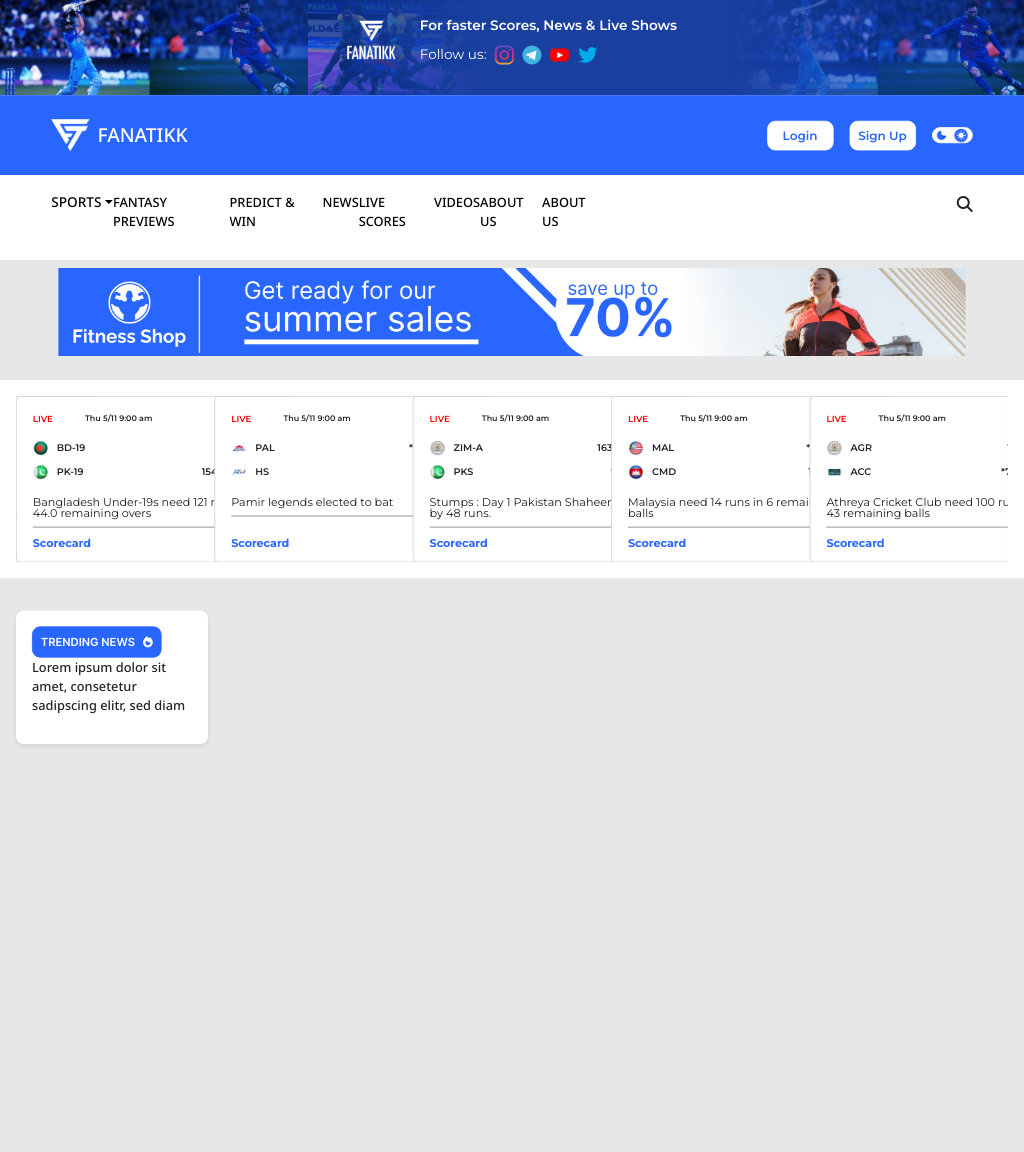
Repository: FlyweisReact/Kannapa
Page: /
The author's editor kept a copy of each file at every save. The page is drawn from the files as they stood at one save, then again after the next save.
The browser window is 1280 px wide. The pictures show the whole page, at 80% of full size.
Some web libraries are served in a nearby version. The project was rebuilt for these pictures with package versions that can differ from the ones it lists, and the page was loaded fresh each time. Also part of the build but not shown: src/Components/Layout/Footer.js, src/Components/Sliders/Index-video-Slider.js, src/Components/firstScreen.jsx, src/Components/secondScreen.jsx, src/Components/thirdScreen.jsx, src/Components/fourthScreen.jsx, src/CSS/Footer.css.

Above is the page before, as saved 2023-06-03 13:33:02.

### public/index.html
<!DOCTYPE html>
<html lang="en">
  <head>
    <meta charset="utf-8" />
    <link rel="icon" href="%PUBLIC_URL%/favicon.ico" />
    <meta name="viewport" content="width=device-width, initial-scale=1" />
    <meta name="theme-color" content="#000000" />
    <meta
      name="description"
      content="Web site created using create-react-app"
    />
    <link rel="apple-touch-icon" href="%PUBLIC_URL%/logo192.png" />

    <link rel="manifest" href="%PUBLIC_URL%/manifest.json" />
    <link href="https://fonts.googleapis.com/css2?family=Roboto+Mono:ital,wght@1,300&display=swap" rel="stylesheet">
    <title>React App</title>
  </head>
  <body>
    <noscript>You need to enable JavaScript to run this app.</noscript>
    <div id="root"></div>
    <script src="https://code.jquery.com/jquery-3.6.0.min.js"></script>
    <script src="https://kit.fontawesome.com/b533b351e4.js" crossorigin="anonymous"></script>
  </body>
</html>

### src/Pages/HomeScreen.js
/** @format */

import React, { useState, useEffect } from "react";
import FadingCategory from "../Components/Layout/FadingNav/FadingCategory";
import FadingNav from "../Components/Layout/FadingNav/FadingNav";
import Header1 from "../Components/Layout/FadingNav/Header1";
import Navbar from "../Components/Layout/Navbar";
import ScoreCard from "../Components/Sliders/ScoreCard";

const HomeScreen = () => {
  const [scrolled, setScrolled] = useState(false);

  useEffect(() => {
    const handleScroll = () => {
      if (window.scrollY > 0) {
        setScrolled(true);
      } else {
        setScrolled(false);
      }
    };

    window.addEventListener("scroll", handleScroll);
    return () => {
      window.removeEventListener("scroll", handleScroll);
    };
  }, []);

  return (
    <>
      <section className="HomePage">
        <div className={`${scrolled ? "fade-out" : "fade-in"}`}>
          <Header1 />
          <FadingNav />
          <FadingCategory />
        </div>

        <div className={`${scrolled ? "fade-in" : "fade-out"}`}>
          <Navbar />
        </div>

        <div className="Index_Center_Banner">
          <img src="./Images/1.png" alt="" />
        </div>

        <div className="Score_Card_Layout">
          <ScoreCard />
        </div>

        <div className="Index_Three_Sec_Layout">
          <div className="left_Comp">
            <div className="Trading_News">
              <button>
                trending NEWS
                <i class="fa-solid fa-fire"></i>
              </button>

              <div className="desc">
              <p>Lorem ipsum dolor sit amet, consetetur sadipscing elitr, sed diam</p>
              <div className="two_sec">

              </div>

              </div>

            </div>
          </div>
          <div className="Mid_Comp"></div>
          <div className="Right_Comp"></div>
        </div>
      </section>
    </>
  );
};

export default HomeScreen;

### src/CSS/Navbar.css
/**
 * === navbar styling ====
 *
 * @format
 */
.Stick-navbar{
    height: 100%;
    transition: box-shadow 0.3s ease;
    height: 100px;
}
.Navbar {
  display: flex;
  justify-content: space-between;
  background: #2965ff;
  padding: 20px;
  width: 100%;
  gap: 20px;
  position: fixed !important;
  top: 0;
  z-index: 999;
  transition: box-shadow 0.3s ease;
  align-items: center;
}

.Navbar .Left_Container {
  width: 30%;
}
.Navbar .Left_Container .Logo_Div {
  display: flex;
  gap: 10px;
  justify-content: center;
  align-items: center;
}
.Navbar .Left_Container .Logo_Div p {
  color: #fff;
  font-size: var(--mediumFont);
  margin: 0;
}
.Navbar .Left_Container .Logo_Div img {
  width: 47.73px;
  height: 40px;
}

.Navbar .Right_Container {
  width: 70%;
  display: flex;
  justify-content: center;
  gap: 40px;
}
.Navbar .Right_Container .Item {
  display: flex;
  justify-content: baseline;
}

.Navbar .Right_Container .Item p {
  font-size: 16px;
  cursor: pointer;
  color: #ffffff;
  padding-top: 2px;
}

.Navbar .Right_Container .Item .DropDown {
  border: none;
  color: #fff;
  font-size: 17px;
  cursor: pointer;
  color: #ffffff;
  margin: 0;
  padding: 0;
}
.Navbar .Right_Container .Item .fa-magnifying-glass {
  color: #fff;
  font-size: 18px;
  cursor: pointer;
  padding-top: 7px;
}
.Navbar .Right_Container .Item .Toggle{
  width: 51.43px;
  height: 19.03px;
  display: flex;
  justify-content: space-between;
  align-items: center;
  padding-left: 5px;
  padding-right: 5px;
  border-radius: 10px;
  background-color: #fff;
  border: 1px solid #fff;
  cursor: pointer;
  align-items: center;
  margin-top: 8px;
}


/* Header 2 */
.Header1 {
  background-image: url("../../public/Images/22.png");
  color: #ffffff;
  width: 100%;
  background-repeat: no-repeat;
  background-size: cover;
  height: 119px;
  padding: 20px;
}
.Header1 .Main {
  display: flex;
  align-items: center;
  justify-content: center;
  gap: 30px;
}
.Header1 .Main p {
  margin: 0;
}
.Header1 .Main .Head {
  font-family: MontserratNormal;
  font-weight: 600;
  font-size: 17px;
  color: #ffffff;
}

.Header1 .Main .Two {
  display: flex;
  gap: 10px;
  margin-top: 10px;
  align-items: center;
}
.Header1 .Main .Two p {
  font-family: MontserratNormal;
  font-style: normal;
  font-weight: 400;
  font-size: 17px;
  line-height: 17px;
  color: #ffffff;
}
.Header1 .Main .Social {
  display: flex;
  gap: 10px;
  align-items: center;
}

/* Fading Navbar */

.Fading_Nav {
  display: flex;
  justify-content: space-between;
  background: #2965ff;
  padding: 30px;
  width: 100%;
  gap: 20px;
  align-items: center;
  padding-left: 5%;
  padding-right: 5%;
}

.Fading_Nav .Left_Container {
  width: 30%;
}
.Fading_Nav .Left_Container .Logo_Div {
  display: flex;
  gap: 10px;
  justify-content: flex-start;
  align-items: center;
}
.Fading_Nav .Left_Container .Logo_Div p {
  color: #fff;
  font-size: var(--mediumFont);
  margin: 0;
}
.Fading_Nav .Left_Container .Logo_Div img {
  width: 47.73px;
  height: 40px;
}

.Fading_Nav .Right_Container {
  width: 70%;
  display: flex;
  justify-content: flex-end;
  gap: 20px;
  align-items: center;
}
.Fading_Nav .Right_Container button {
  font-family: MontserratNormal;
  font-style: normal;
  font-weight: 600;
  width: 83px;
  height: 37px;
  border-radius: 10px;
  font-size: 15px;
  line-height: 19px;
  color: #2965ff;
  background-color: #fff;
  border: 1px solid #fff;
  cursor: pointer;
}
.Fading_Nav .Right_Container .Toggle {
  width: 51.43px;
  height: 19.03px;
  display: flex;
  justify-content: space-between;
  align-items: center;
  padding-left: 5px;
  padding-right: 5px;
}


/* Fading Category */
.Fading_Category{
    display: flex;
    justify-content: space-between;
    padding: 20px;
    background-color: #fff;
    padding-left: 5%;
    padding-right: 5%;
}
.Fading_Category .Left_Container {
    display: flex;
    justify-content: space-between;
    width: 60%;
}

.Fading_Category .Left_Container .Item {
    display: flex;
    justify-content: baseline;
  }

  .Fading_Category .Left_Container .Item p {
    font-size: 16px;
    cursor: pointer;
    color: #000;
    padding-top: 2px;
  }

  .Fading_Category .Left_Container .Item .DropDown {
    border: none;
    font-size: 17px;
    cursor: pointer;
    color: #000;
    margin: 0;
    padding: 0;
    border: none;
  }

.Fading_Category .Right_Container i{
    font-size: 20px;
    padding-top: 7px;
}


/* Fading Effect */
.HomePage{
    min-height: 200vh;
}
.fade-out{
    opacity: 0;
    transition: opacity 0.5s;
    height: 0;
    overflow: hidden;
}
.fade-in{
    opacity: 1;
    transition: opacity 0.5s;
    height: auto;
    overflow: hidden;
    width: 100%;
}

### src/CSS/Component.css
/** @format */

/* Fading Header */

/* Home Screen */
.Index_Center_Banner {
  width: 100%;
  padding: 10px;
}

.Index_Center_Banner img {
  width: 90%;
  display: block;
  margin: auto;
}

.Index_Center_GIF {
  width: 100%;
  padding: 10px;
}

.Index_Center_GIF img {
  width: 90%;
  display: block;
  margin: auto;
  height: 500px;
}

.Index_Center_Desc {
  display: flex;
  width: 90%;
  padding: 10px;
  margin: auto;
}

.Index_Center_Desc .Main_Comp {
  text-align: left;
}
.Index_Center_Desc .Main_Comp .head {
  font-size: 36px;
  color: #1d1d1d;
  text-shadow: 0px 1px 1px rgba(37, 37, 37, 0.5);
  margin: 0;
}

.Index_Center_Desc .Main_Comp .Two_Sec {
  display: flex;
  gap: 10px;
  align-items: flex-start;
}
.Index_Center_Desc .Main_Comp .Two_Sec img {
  height: 20px;
  margin-top: 4px;
}

.Index_Center_Desc .Main_Comp .Two_Sec p {
  color: rgba(29, 29, 29, 0.6);
  text-shadow: 0px 1px 1px rgba(37, 37, 37, 0.5);
  font-style: italic;
}

.Index_Center_Desc .Main_Comp .desc p {
  font-size: 16px;
  line-height: 24px;
  align-items: center;
  color: rgba(29, 29, 29, 0.6);
  max-width: 60%;
  font-style: italic;
  margin: 0;
}
.first5 p u {
  color: #333;
}

.Index_Logo_Div {
  display: flex;
  justify-content: space-between;
  align-items: center;
  width: 90%;
  margin: auto;
  padding-top: 10px;
  padding-bottom: 10px;
}
.Index_Logo_Div .Left_Comp {
  display: flex;
  gap: 10px;
  align-items: center;
}
.Index_Logo_Div .Right_Comp img {
  cursor: pointer;
}

.Index_Video_Slider {
  width: 90%;
  display: block;
  margin: auto;
  padding-top: 10px;
  padding-bottom: 10px;
}

.Video_Slider {
  width: 100%;
  /* padding: 20px; */
  display: block;
  margin: auto;
}
.Video_Slider .Main_Item {
  background: #ffffff;
  border: 1px solid #1d1d1d;
  border-radius: 10px;
  height: 400px;
}
.Video_Slider .Main_Item img {
  width: 100%;
  border-radius: 10px 10px 0px 0px;
}
.Video_Slider .Main_Item p {
  padding: 10px;
  font-family: Montserrat;
  font-size: 15px;
  line-height: 18px;
  color: #1d1d1d;
}
.Video_Slider .Main_Item:focus {
  outline: none;
}

.Index_Center_Button {
  width: 90%;
  display: block;
  margin: auto;
  padding-top: 10px;
  padding-bottom: 10px;
  margin-top: 2%;
  position: relative;
}
.Index_Center_Button button {
  font-family: Montserrat;
  font-size: 16px;
  line-height: 20px;
  text-transform: uppercase;
  width: 256px;
  color: #ffffff;
  background: #2965ff;
  border: 1px solid #2965ff;
  border-radius: 25px;
  padding: 10px;
  display: block;
  margin: auto;
}

.Index_Center_Button .empty {
  height: 4px !important;
  position: absolute;
  top: 50%;
  left: 50%;
  transform: translate(-50%, -50%);
  z-index: -1;
  background-color: #2965ff;
  width: 100%;
}

.Index_Three_Cont {
  width: 90%;
  display: grid;
  grid-template-columns: auto auto auto;
  gap: 20px;
  margin: auto;
  padding-top: 20px;
}
.Index_Three_Cont .Main_Component .head {
  font-family: Montserrat;
  font-style: normal;
  font-weight: 700;
  font-size: 22.3418px;
  line-height: 30px;
  color: #1d1d1d;
}
.Index_Three_Cont .Main_Component img {
  width: 100%;
}
.Index_Three_Cont .Main_Component .desc {
  font-family: Montserrat;
  font-style: normal;
  font-weight: 300;
  font-size: 15.9584px;
  line-height: 40px;
}

/* Score_Card_Slider */
.ScoreCard_Slider {
  background-color: #ffffff;
  padding: 20px;
  margin-top: 20px;
  margin-bottom: 20px;
}
.ScoreCard_Slider .Main_Item {
  border: 1px solid #cfcfcf;
  background-color: #fff;
  border-radius: 5px;
  padding: 20px;
  width: 350px !important;
  height: 208px !important;
  position: relative;
}
.ScoreCard_Slider .Main_Item .two_Sec {
  display: flex;
  gap: 40px;
  align-items: center;
  margin-bottom: 20px;
}
.ScoreCard_Slider .Main_Item .two_Sec p {
  margin: 0;
  font-family: MontserratNormal;
  font-style: normal;
  font-weight: 600;
  font-size: 10px;
  line-height: 14px;
}
.ScoreCard_Slider .Main_Item .two_Sec .first {
  margin: 0;
  font-family: MontserratNormal;
  font-style: normal;
  font-weight: 600;
  font-size: 11px;
  line-height: 14px;
  color: #ff0000;
}
.ScoreCard_Slider .slick-next:before {
  display: none !important;
}

.ScoreCard_Slider .Main_Item .Flags_Div {
  display: flex;
  justify-content: space-between;
  align-items: center;
  gap: 10px;
  margin-top: 10px;
}

.ScoreCard_Slider .Main_Item .Flags_Div div {
  display: flex;
  gap: 10px;
  align-items: center;
}
.ScoreCard_Slider .Main_Item .Flags_Div div p {
  margin: 0;
  font-family: MontserratNormal;
  font-style: normal;
  font-weight: 600;
  font-size: 12px;
  line-height: 17px;
}
.ScoreCard_Slider .Main_Item .desc {
  color: #1d1d1d;
  font-family: MontserratNormal;
  font-style: normal;
  font-weight: 400;
  font-size: 14px;
  line-height: 14px;
  width: 90%;
  margin: 0;
  margin-top: 20px;
}
.ScoreCard_Slider .Main_Item .empty {
  background-color: #bfbfbf;
  width: 100%;
  height: 2px;
  margin-top: 10px;
}
.ScoreCard_Slider .Main_Item .Scorecard {
  font-family: MontserratNormal;
  font-style: normal;
  font-weight: 700;
  font-size: 14px;
  line-height: 14px;
  position: absolute;
  letter-spacing: -0.11px;
  color: #2965ff;
  bottom: 0;
}

/* Index_Three_Sec_Layout */
.Index_Three_Sec_Layout {
  width: 100%;
  padding: 20px;
  display: flex;
  gap: 20px;
}
.Index_Three_Sec_Layout .left_Comp {
  width: 20%;
}
.Index_Three_Sec_Layout .Mid_Comp {
  width: 60%;
}
.Index_Three_Sec_Layout .Right_Comp {
  width: 20%;
}

.Index_Three_Sec_Layout .left_Comp .Trading_News {
  background-color: #fff;
  padding: 20px;
  box-shadow: 0px 3px 6px rgba(0, 0, 0, 0.08);
border-radius: 10px;
}
.Index_Three_Sec_Layout .left_Comp .Trading_News button {
  background-color: #2965ff;
  color: #fff;
  border: 1px solid #2965ff;
  text-transform: uppercase;
  border-radius: 10px;
  font-style: normal;
  font-weight: 600;
  font-size: 14px;
  line-height: 17px;
  font-family: Inter;
  padding: 10px;
  display: flex;
  gap: 10px;
  align-items: center;
}

Loaded but not shown: src/App.css (common file); src/Components/Sliders/ScoreCard.js (443 lines, source omitted); src/Components/Layout/Navbar.js (71 lines, source omitted); src/Components/Layout/FadingNav/FadingCategory.js (57 lines, source omitted); src/App.js (32 lines, source omitted); src/Components/Layout/FadingNav/FadingNav.js (27 lines, source omitted); src/Components/Layout/FadingNav/Header1.js (32 lines, source omitted); src/index.js (17 lines, source omitted); src/index.css (634 lines, source omitted)

After the next save:
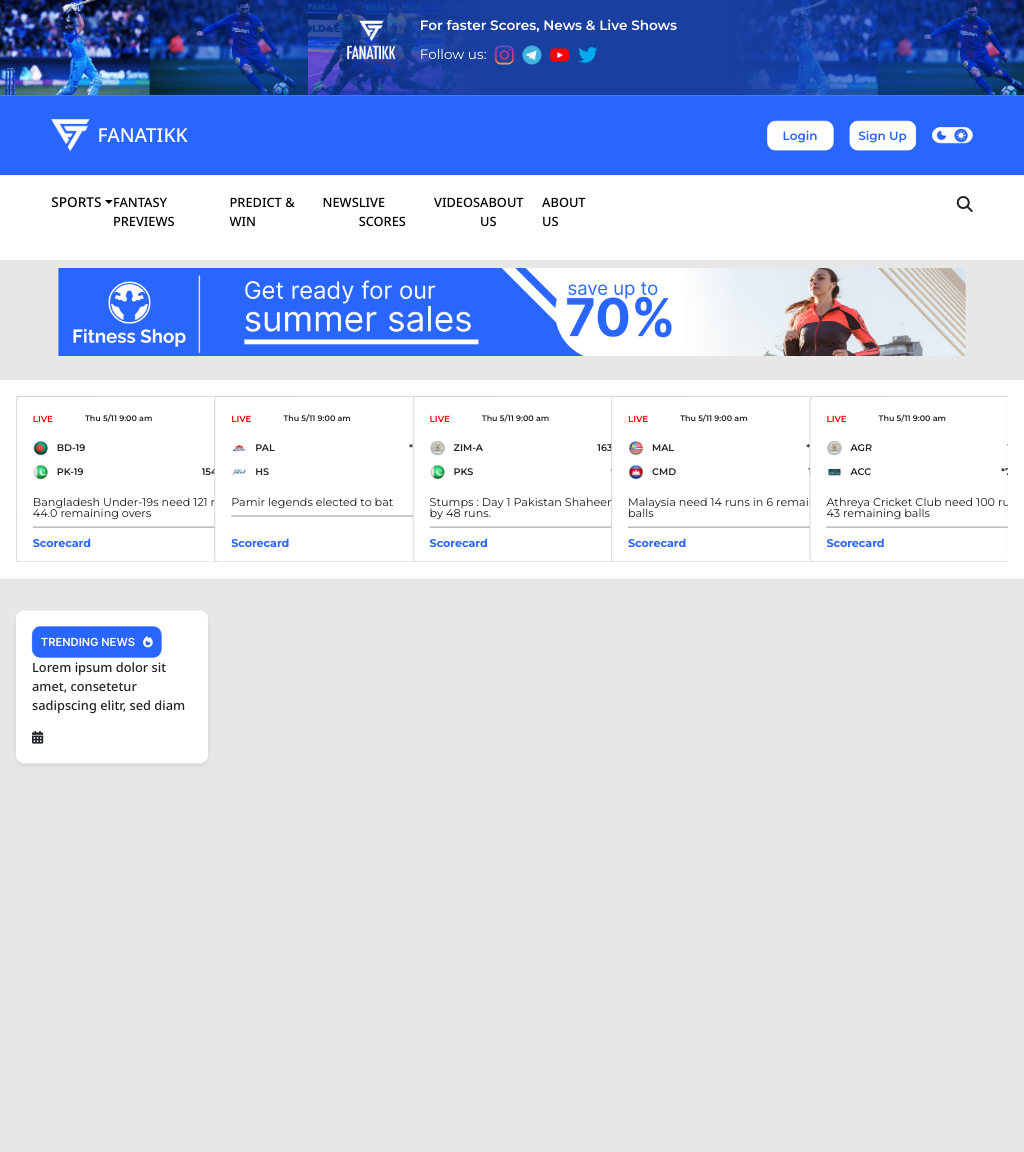
Saved 10 s later.
--- a/src/Pages/HomeScreen.js
+++ b/src/Pages/HomeScreen.js
@@ -57,7 +57,9 @@ const HomeScreen = () => {
               <div className="desc">
               <p>Lorem ipsum dolor sit amet, consetetur sadipscing elitr, sed diam</p>
               <div className="two_sec">
-
+          <div>
+          <i class="fa-solid fa-calendar-days"></i>
+          </div>
               </div>
 
               </div>
